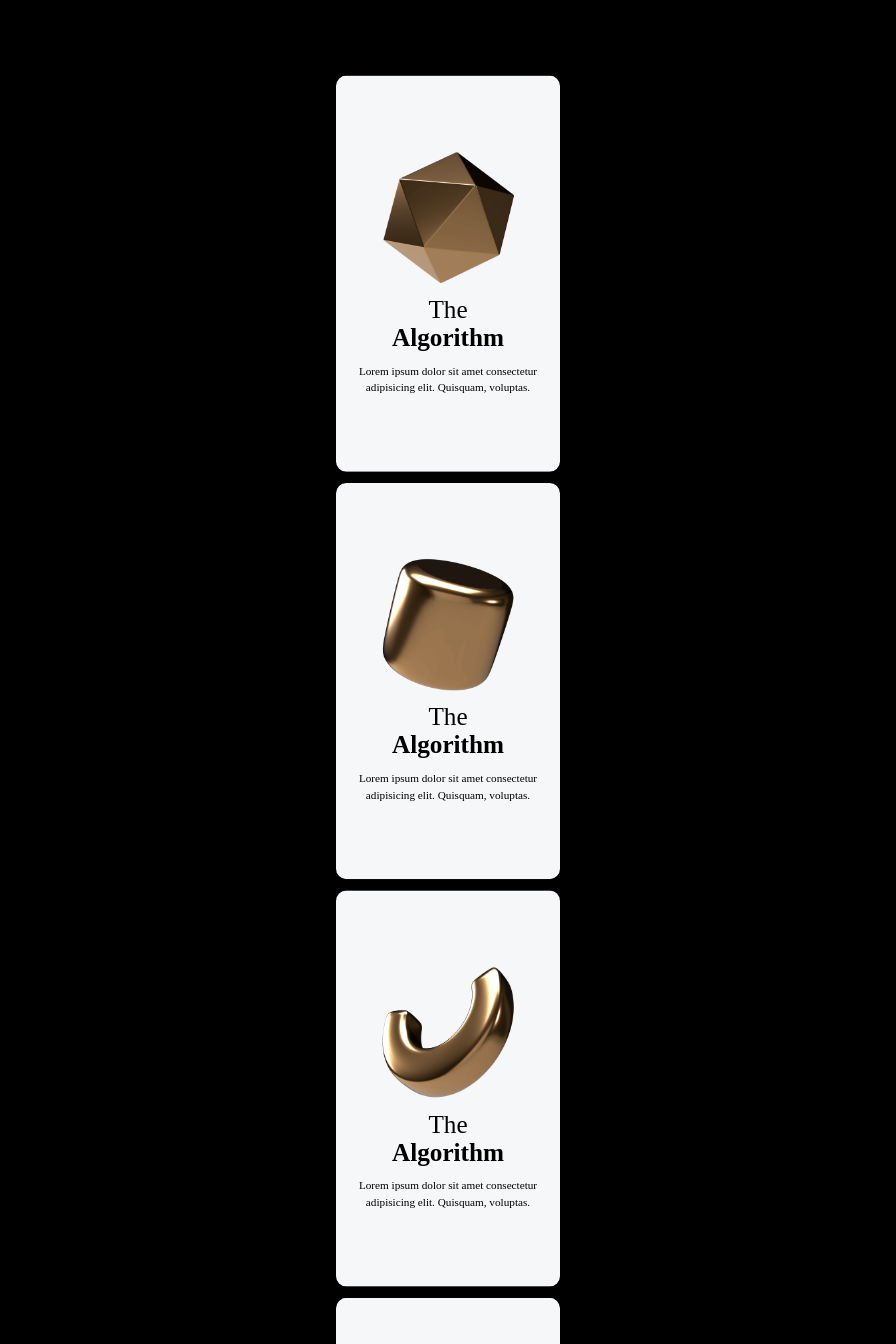
Repository: Himani0002/Scroll-Trigger
Page: index.html
An editor plug-in stored every save of this project. The page is shown before and after a run of saves, followed by the edit.
The browser window is 1280 px wide. The pictures show the part of the page from y = 0 to 1920 px (the page is 3728 px tall before and 3729 px after), at 70% of full size.
Some web fonts or font styles are not loaded; a fallback is used. Some web libraries are served in a nearby version.

Above is the page before, as saved 2024-11-15 22:08:41.
Console error: ReferenceError: cardClass is not defined

After the next 3 saves:
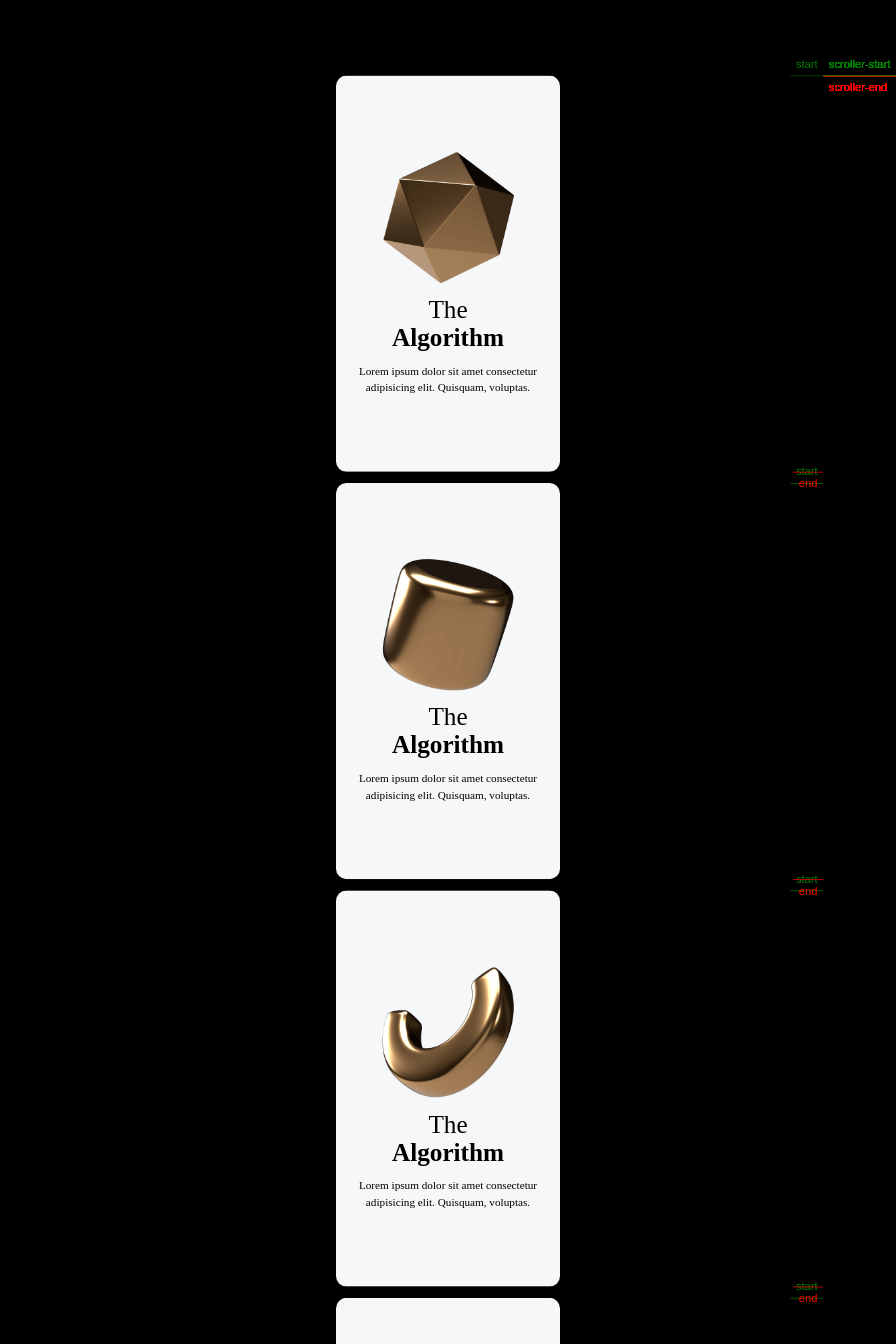
The error is gone.
The 3 saves are shown as one change because they came seconds apart.
The last was saved 12 s later.
--- a/script.js
+++ b/script.js
@@ -1,16 +1,13 @@
-document.querySelectorAll(".card ").forEach(
-  card=>{
-      gsap.to(cardClass, {
-        scale: 0.7,
-        opacity: 0,
-        scrollTrigger: {
-          trigger: cardClass,
-          start: "top 15%",
-          end: "bottom 15%",
-          markers: true,
-          scrub: true, // Ensure smooth scrolling animations
-        },
-      });
-
-  }
-)
+document.querySelectorAll(".card ").forEach((card) => {
+  gsap.to(card, {
+    scale: 0.7,
+    opacity: 0,
+    scrollTrigger: {
+      trigger: card,
+      start: "top 15%",
+      end: "bottom 15%",
+      markers: true,
+      scrub: true, // Ensure smooth scrolling animations
+    },
+  });
+});
